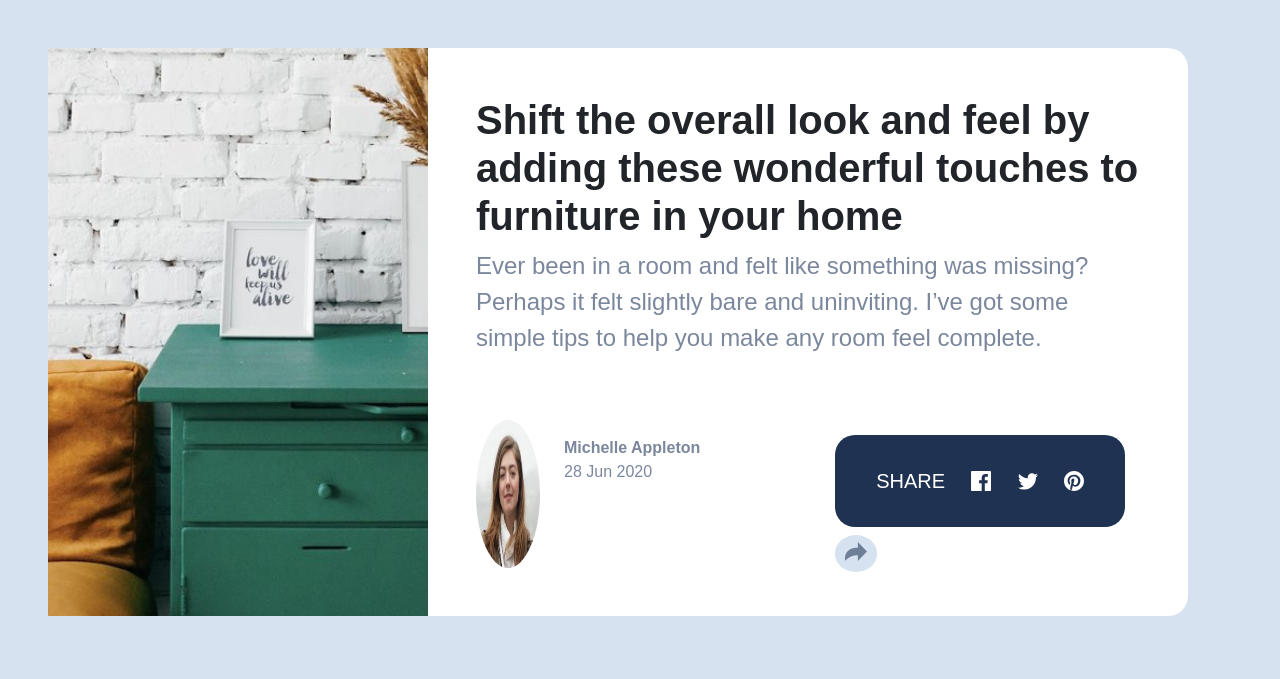
Repository: blordeus/article-preview-component
Page: index.html
An editor plug-in stored every save of this project. The page is shown before and after the next save, followed by the edit.
The browser window is 1280 px wide. The pictures show the whole page.

Above is the page before, as saved 2024-05-17 17:20:50.

After the next save:
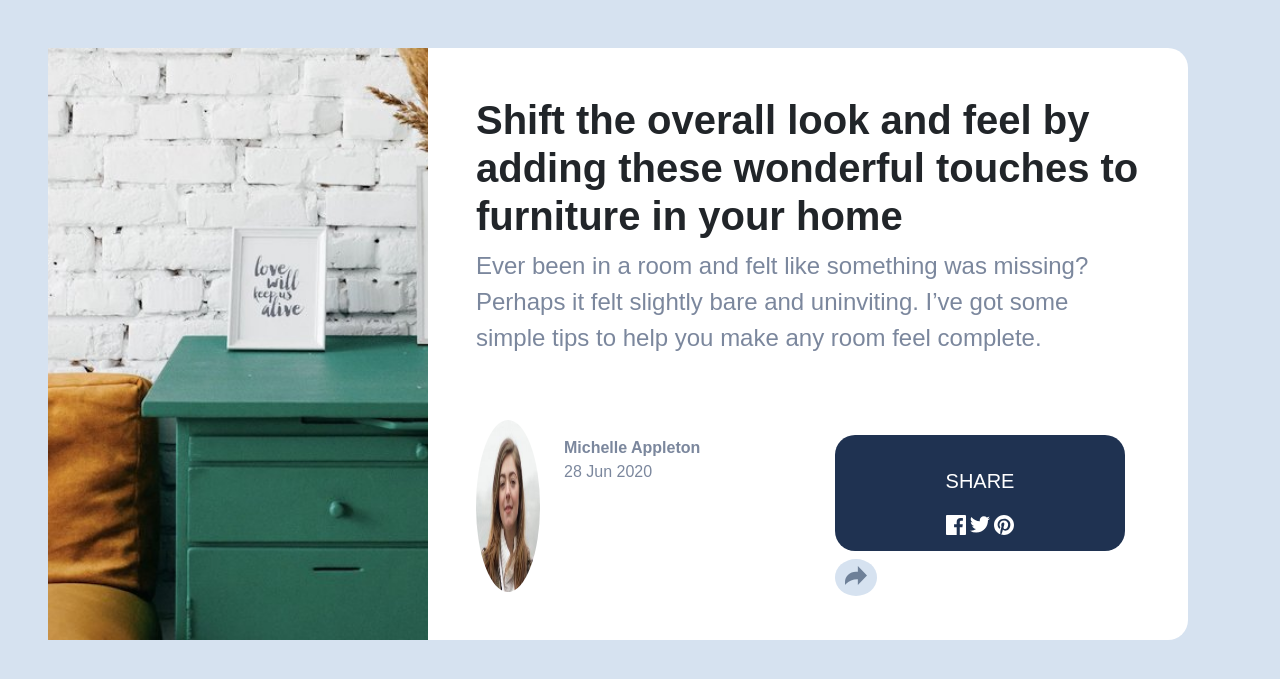
Saved 76 s later.
--- a/index.html
+++ b/index.html
@@ -36,10 +36,12 @@
           </div>
           <div class="col my-auto">
             <div class=" d-flex justify-content-evenly align-items-center popup position-relative">
-              <p class="popup-text mt-3">SHARE</p>
-                <img id="facebook" src="./images/icon-facebook.svg" alt="facebook">
-                <img id="twitter" src="./images/icon-twitter.svg" alt="twitter">
-                <img id="pinterest" src="./images/icon-pinterest.svg" alt="pinterest">
+              <div>
+                <p class="popup-text mt-3">SHARE</p>
+                  <img id="facebook" src="./images/icon-facebook.svg" alt="facebook">
+                  <img id="twitter" src="./images/icon-twitter.svg" alt="twitter">
+                  <img id="pinterest" src="./images/icon-pinterest.svg" alt="pinterest">
+              </div>
             </div>
             <a href="#"><span class="share-background"><img id="share" src="./images/icon-share.svg" alt="share"></span></a>
           </div>
